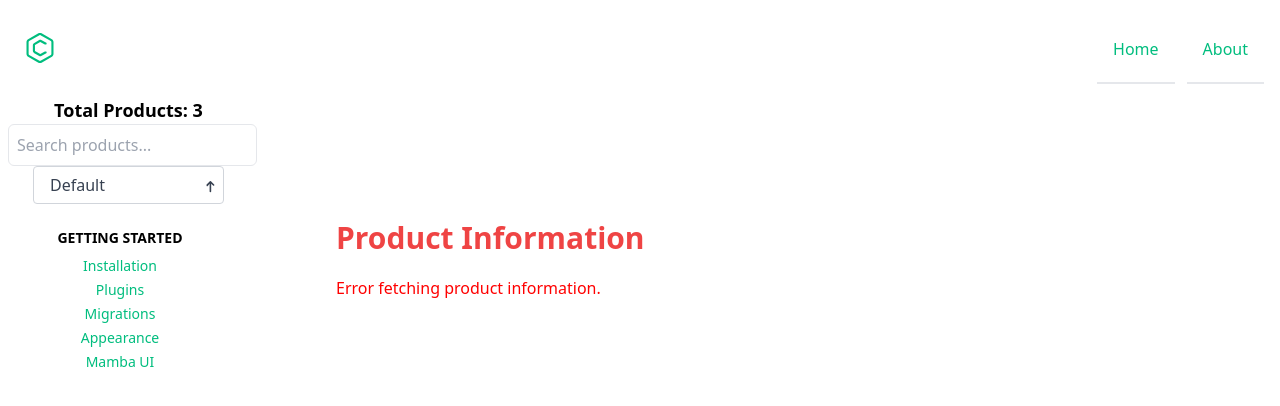
Repository: loktioncode/vectra-shop
Page: /
These files come from the project's save history. The page is drawn as it stood at one moment and after the next save; the edit follows.
The browser window is 1280 px wide. The pictures show the whole page.
The page's requests for data from a server got no answer. The project was rebuilt for these pictures with package versions that can differ from the ones it lists, and the page was loaded fresh each time. No one was signed in, and anything a server would have sent is missing. Also part of the build but not shown: vite.config.ts, src/components/ProductCard.vue. Imported but missing from the stored project, and not drawn on this page: src/components/Counter.vue.

Above is the page before, as saved 2023-09-20 16:03:02.

### src/assets/main.css
@tailwind base;
@tailwind components;
@tailwind utilities;

@import './base.css';

a,
.green {
  text-decoration: none;
  color: hsla(160, 100%, 37%, 1);
  transition: 0.4s;
}

@media (hover: hover) {
  a:hover {
    background-color: hsla(160, 100%, 37%, 0.2);
  }
}

### src/App.vue
<!-- <script setup lang="ts">
import { RouterLink, RouterView } from 'vue-router'
import HelloWorld from './components/HelloWorld.vue'
</script> -->

<template>
  <div class="app">

    <header class="p-4 dark:bg-gray-800 dark:text-gray-100">
      <div class="container flex justify-between h-16 mx-auto">
        <a rel="noopener noreferrer" href="#" aria-label="Back to homepage" class="flex items-center p-2">
          <svg xmlns="http://www.w3.org/2000/svg" fill="currentColor" viewBox="0 0 32 32"
            class="w-8 h-8 dark:text-violet-400">
            <path
              d="M27.912 7.289l-10.324-5.961c-0.455-0.268-1.002-0.425-1.588-0.425s-1.133 0.158-1.604 0.433l0.015-0.008-10.324 5.961c-0.955 0.561-1.586 1.582-1.588 2.75v11.922c0.002 1.168 0.635 2.189 1.574 2.742l0.016 0.008 10.322 5.961c0.455 0.267 1.004 0.425 1.59 0.425 0.584 0 1.131-0.158 1.602-0.433l-0.014 0.008 10.322-5.961c0.955-0.561 1.586-1.582 1.588-2.75v-11.922c-0.002-1.168-0.633-2.189-1.573-2.742zM27.383 21.961c0 0.389-0.211 0.73-0.526 0.914l-0.004 0.002-10.324 5.961c-0.152 0.088-0.334 0.142-0.53 0.142s-0.377-0.053-0.535-0.145l0.005 0.002-10.324-5.961c-0.319-0.186-0.529-0.527-0.529-0.916v-11.922c0-0.389 0.211-0.73 0.526-0.914l0.004-0.002 10.324-5.961c0.152-0.090 0.334-0.143 0.53-0.143s0.377 0.053 0.535 0.144l-0.006-0.002 10.324 5.961c0.319 0.185 0.529 0.527 0.529 0.916z">
            </path>
            <path
              d="M22.094 19.451h-0.758c-0.188 0-0.363 0.049-0.515 0.135l0.006-0.004-4.574 2.512-5.282-3.049v-6.082l5.282-3.051 4.576 2.504c0.146 0.082 0.323 0.131 0.508 0.131h0.758c0.293 0 0.529-0.239 0.529-0.531v-0.716c0-0.2-0.11-0.373-0.271-0.463l-0.004-0.002-5.078-2.777c-0.293-0.164-0.645-0.26-1.015-0.26-0.39 0-0.756 0.106-1.070 0.289l0.010-0.006-5.281 3.049c-0.636 0.375-1.056 1.055-1.059 1.834v6.082c0 0.779 0.422 1.461 1.049 1.828l0.009 0.006 5.281 3.049c0.305 0.178 0.67 0.284 1.061 0.284 0.373 0 0.723-0.098 1.027-0.265l-0.012 0.006 5.080-2.787c0.166-0.091 0.276-0.265 0.276-0.465v-0.716c0-0.293-0.238-0.529-0.529-0.529z">
            </path>
          </svg>
        </a>
        <ul class="items-stretch hidden space-x-3 md:flex">
          <RouterLink to="/" class="flex items-center px-4 -mb-1 border-b-2 dark:border-transparent">Home</RouterLink>
          <RouterLink to="/about" class="flex items-center px-4 -mb-1 border-b-2 dark:border-transparent">About
          </RouterLink>
        </ul>
        <button class="flex justify-end p-4 md:hidden">
          <svg xmlns="http://www.w3.org/2000/svg" fill="none" viewBox="0 0 24 24" stroke="currentColor" class="w-6 h-6">
            <path stroke-linecap="round" stroke-linejoin="round" stroke-width="2" d="M4 6h16M4 12h16M4 18h16"></path>
          </svg>
        </button>
      </div>
    </header>

    <RouterView />

  </div>
</template>

<style >
.app {
  text-align: center;
}
</style>

### src/views/HomeView.vue



<template>
  <div class="flex flex-col md:flex-row items-center space-y-2 md:space-y-0 md:space-x-2 w-full">
    <Filters />

  </div>

  <div class="flex">
    <!-- Left Sidebar for Filters -->
    <div class="w-1/4 ">
      <aside class="w-full p-6 sm:w-60 dark:bg-gray-900 dark:text-gray-100">
        <nav class="space-y-10 text-sm">
          <div class="space-y-2">
            <h2 class="text-sm font-semibold tracki uppercase dark:text-gray-400">Getting Started</h2>
            <div class="flex flex-col space-y-1">
              <a rel="noopener noreferrer" href="#">Installation</a>
              <a rel="noopener noreferrer" href="#">Plugins</a>
              <a rel="noopener noreferrer" href="#">Migrations</a>
              <a rel="noopener noreferrer" href="#">Appearance</a>
              <a rel="noopener noreferrer" href="#">Mamba UI</a>
            </div>
          </div>

        </nav>
      </aside>
    </div>

    <!-- Right Side for Product Information -->
    <div class="w-4/4 p-4">
      <h1 class="text-3xl text-red-500 font-bold mb-5">Product Information</h1>
      <Products />
    </div>
  </div>
</template>



<script setup lang="ts">
import Products from '@/components/Products.vue'
import Filters from '@/components/Filters.vue'

</script>

<style>
@media (min-width: 1024px) {
  .home {
    min-height: 100vh;
    align-items: center;
  }



}
</style>

### src/components/Products.vue
<template>
  <div class="flex">
    <div v-if="productStore.loading">Loading...</div>
    <div v-else>
      <div v-if="productStore.error" class="error-message">{{ productStore.error }}</div>
      <div class="px-10">
        <div class="grid grid-cols-4 gap-4">
          <ProductCard v-for="product in productStore.products" :key="product.id" :product="product" />
        </div>
      </div>
    </div>
  </div>
</template>

<script setup lang="ts">
import { onMounted } from 'vue';
import { useProductStore } from '@/stores/productStore';
import ProductCard from '@/components/ProductCard.vue';

const productStore = useProductStore();

async function fetchProductInfo() {
  const apiUrl = 'https://fakestoreapi.com/products'; // Replace with your actual API endpoint
  await productStore.fetchProductInfo(apiUrl);
}

onMounted(() => fetchProductInfo());
</script>

<style scoped>
.error-message {
  color: red;
}
</style>

### src/components/Filters.vue
<template>
    <div class="">
      <!-- Product Count Display -->
      <div class="text-lg font-semibold mb-2 md:mb-0">
        Total Products: {{ filteredProducts.length }}
      </div>

      <!-- Search Form -->
      <div class="flex items-center space-x-2 w-full md:w-auto">
        <label for="search" class="sr-only">Search</label>
        <input
          v-model="searchTerm"
          id="search"
          type="text"
          placeholder="Search products..."
          class="w-full md:w-auto border p-2 rounded-md focus:outline-none focus:ring focus:border-blue-300"
        />
        <button
          @click="clearSearch"
          v-if="searchTerm"
          class="text-red-500 hover:text-red-700 focus:outline-none"
        >
          Clear
        </button>
      </div>

      <!-- Sort Dropdown -->
      <div class="relative inline-block text-gray-700">
        <select
          v-model="selectedSortOption"
          class="block appearance-none w-full md:w-auto bg-white border border-gray-300 hover:border-gray-400 px-4 py-2 pr-8 rounded leading-tight focus:outline-none focus:ring"
        >
          <option value="default">Default</option>
          <option value="price-asc">Price (Low to High)</option>
          <option value="price-desc">Price (High to Low)</option>
          <!-- Add more sorting options as needed -->
        </select>
        <div class="pointer-events-none absolute inset-y-0 right-0 flex items-center px-2 text-gray-700">
          <svg
            class="fill-current h-4 w-4"
            xmlns="http://www.w3.org/2000/svg"
            viewBox="0 0 20 20"
          >
            <path
              d="M8.293 11.293a1 1 0 001.414 0L12 8.414V18a1 1 0 102 0V8.414l2.293 2.293a1 1 0 101.414-1.414l-4-4a1 1 0 00-1.414 0l-4 4a1 1 0 000 1.414z"
            />
          </svg>
        </div>
      </div>
    </div>
  </template>



<script setup lang="ts">
import { ref, computed } from 'vue';

// Sample product data (replace with your actual data)
const products = [
    { id: 1, name: 'Product 1', price: 20.0 },
    { id: 2, name: 'Product 2', price: 30.0 },
    { id: 3, name: 'Product 3', price: 15.0 },
    // Add more products as needed
];

const searchTerm = ref('');
const selectedSortOption = ref('default');

const clearSearch = () => {
    searchTerm.value = '';
};

const filteredProducts = computed(() => {
    let result = [...products];

    if (searchTerm.value) {
        result = result.filter(product =>
            product.name.toLowerCase().includes(searchTerm.value.toLowerCase())
        );
    }

    if (selectedSortOption.value === 'price-asc') {
        result.sort((a, b) => a.price - b.price);
    } else if (selectedSortOption.value === 'price-desc') {
        result.sort((a, b) => b.price - a.price);
    }

    return result;
});
</script>

### src/stores/productStore.ts
import { defineStore } from 'pinia';

interface Product {
    id: string;
    title: string;
    description: string;
    price: number;
}

export const useProductStore = defineStore({
    id: 'products',
    state: () => ({
        products: [] as Product[],
        loading: false,
        error: null as string | null,
    }),
    actions: {
        async fetchProductInfo(apiUrl: string) {
            try {
                this.loading = true;
                const response = await fetch(apiUrl);

                if (!response.ok) {
                    throw new Error('Network response was not ok');
                }

                this.products = await response.json();
                this.error = null;
            } catch (error) {
                this.error = 'Error fetching product information.';
                console.error(error);
            } finally {
                this.loading = false;
            }
        },
    },
    getters: {


    }
})

### tailwind.config.js
/** @type {import('tailwindcss').Config} */
module.exports = {
  content: [
    "./index.html",
    "./src/**/*.{vue,js,jsx,ts,tsx}",
  ],
  theme: {
    extend: {},
  },
  plugins: [],
}

Loaded but not shown: index.html (common file); src/main.ts (common file); src/router/index.ts (common file)

After the next save:
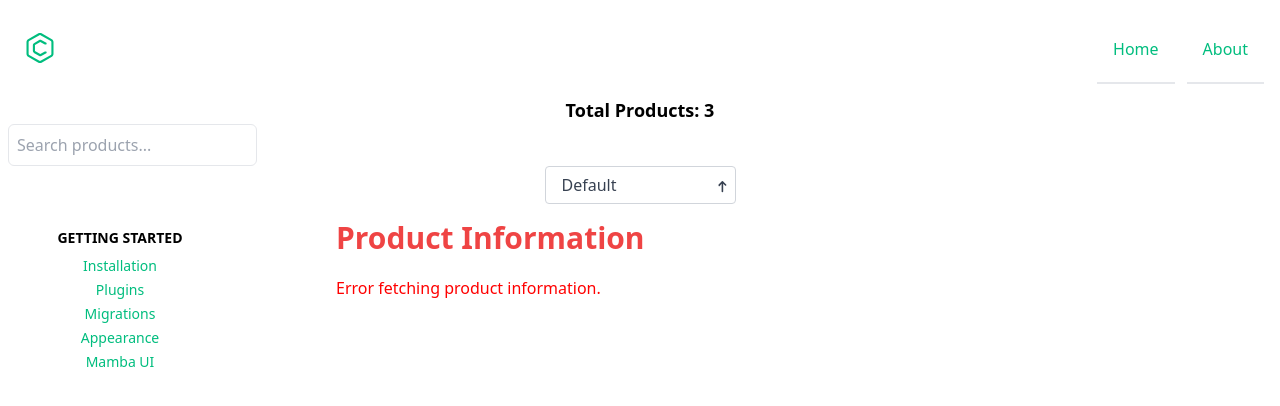
Saved 14 s later.
--- a/src/views/HomeView.vue
+++ b/src/views/HomeView.vue
@@ -2,8 +2,8 @@
 
 
 <template>
-  <div class="flex flex-col md:flex-row items-center space-y-2 md:space-y-0 md:space-x-2 w-full">
-    <Filters />
+  <Filters />
+  <div>
 
   </div>
 
